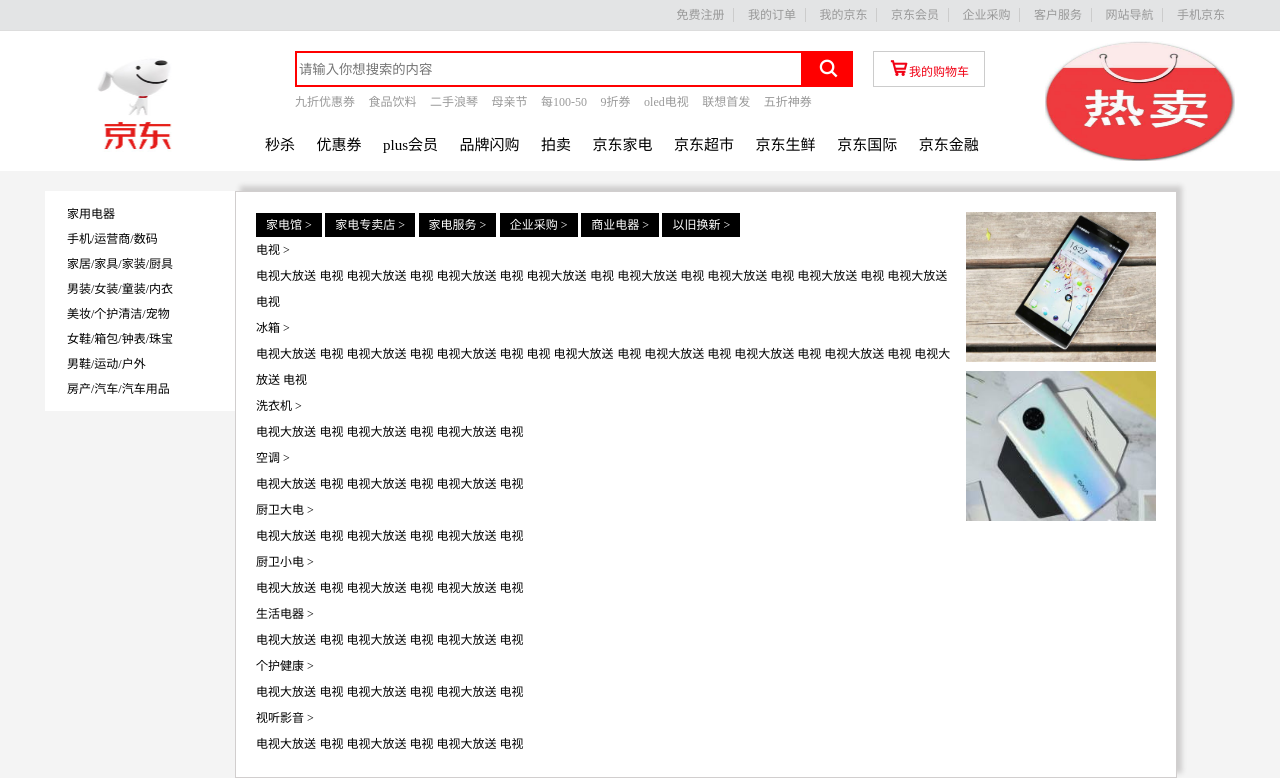
Repository: zhenzhen-gong/JDdemo
Page: index.html
These files come from the project's save history. The page is drawn as it stood at one moment and after the next save; the edit follows.
The browser window is 1280 px wide. The pictures show the whole page.

Above is the page before, as saved 2020-05-11 14:24:09.

### index.html
<!DOCTYPE html>
<html lang="en">

<head>
    <meta charset="UTF-8">
    <meta name="viewport" content="width=device-width, initial-scale=1.0">
    <link rel="stylesheet" href="css/reset.css">
    <link rel="stylesheet" href="css/common.css">
    <link rel="stylesheet" href="css/index.css">
    <title>京东首页</title>
</head>

<body>
    <div class="container">
        <div class="navigation">
            <div class="nav-box">
                <ul>
                    <li><a href="#">免费注册</a></li>
                    <li><a href="#">我的订单</a></li>
                    <li><a href="#">我的京东</a></li>
                    <li><a href="#">京东会员</a></li>
                    <li><a href="#">企业采购</a></li>
                    <li><a href="#">客户服务</a></li>
                    <li><a href="#">网站导航</a></li>
                    <li><a href="#">手机京东</a></li>
                </ul>
            </div>
        </div>
        <div class="header-box">
            <div class="header">
                <div class="logo-box">
                    <a href="//www.jd.com" target="_blank">
                        <img width="190" height="120" src="img/logo.png" alt="logo">
                    </a>
                </div>
                <div class="search-box">
                    <div class="search-bar">
                        <input type="text" placeholder="请输入你想搜索的内容">
                        <div class="ico-search"><a href="#"><span class="iconfont ico1">&#xe63c;</span></a></div>
                        <div class="ico-cart"><a href=""><span class="iconfont ico2">&#xe63b;</span>我的购物车</a></div>
                    </div>
                    <ul class="content">
                        <li><a href="#" target="_blank"> 九折优惠券</a></li>
                        <li><a href="#" target="_blank"> 食品饮料</a></li>
                        <li><a href="#" target="_blank"> 二手浪琴</a></li>
                        <li><a href="#" target="_blank"> 母亲节</a></li>
                        <li><a href="#" target="_blank"> 每100-50</a></li>
                        <li><a href="#" target="_blank"> 9折券</a></li>
                        <li><a href="#" target="_blank"> oled电视</a></li>
                        <li><a href="#" target="_blank"> 联想首发</a></li>
                        <li><a href="#" target="_blank"> 五折神券</a></li>
                    </ul>
                    <ul class="content-menu">
                        <li><a href="#" target="_blank"> 秒杀</a></li>
                        <li><a href="#" target="_blank"> 优惠券</a></li>
                        <li><a href="#" target="_blank">plus会员</a></li>
                        <li><a href="#" target="_blank"> 品牌闪购</a></li>
                        <li><a href="#" target="_blank"> 拍卖</a></li>
                        <li><a href="#" target="_blank"> 京东家电</a></li>
                        <li><a href="#" target="_blank"> 京东超市</a></li>
                        <li><a href="#" target="_blank"> 京东生鲜</a></li>
                        <li><a href="#" target="_blank"> 京东国际</a></li>
                        <li><a href="#" target="_blank"> 京东金融</a></li>
                    </ul>
                </div>
                <div class="ad-box">
                    <a href="#" target="_blank">
                        <img height="120px" width="190px" src="img/ad.jpg" alt="ad-img">
                    </a>
                </div>
            </div>
        </div>
        <div class="wrapper">
            <div class="wrapper-box">
                <div class="menu">
                    <ul>
                        <li class="title-1">
                            <div class="main-menu">
                                <a href="#" target="_blank">家用电器</a>
                            </div>
                            <div class="menucontent">
                                <div class="left">
                                    <div class="content-title">
                                        <a href="#" target="_blank">家电馆 &gt;</a>
                                        <a href="#" target="_blank">家电专卖店 &gt;</a>
                                        <a href="#" target="_blank">家电服务 &gt;</a>
                                        <a href="#" target="_blank">企业采购 &gt;</a>
                                        <a href="#" target="_blank">商业电器 &gt;</a>
                                        <a href="#" target="_blank">以旧换新 &gt;</a>
                                    </div>
                                    <div class="content">
                                        <dl>
                                            <dt><a href="#" target="_blank">电视 &gt;</a></dt>
                                            <dd>
                                                <a href="#" target="_blank">电视大放送</a>
                                                <a href="#" target="_blank">电视 </a>
                                                <a href="#" target="_blank">电视大放送 </a>
                                                <a href="#" target="_blank">电视 </a>
                                                <a href="#" target="_blank">电视大放送 </a>
                                                <a href="#" target="_blank">电视 </a>
                                                <a href="#" target="_blank">电视大放送</a>
                                                <a href="#" target="_blank">电视 </a>
                                                <a href="#" target="_blank">电视大放送 </a>
                                                <a href="#" target="_blank">电视 </a>
                                                <a href="#" target="_blank">电视大放送 </a>
                                                <a href="#" target="_blank">电视 </a>
                                                <a href="#" target="_blank">电视大放送 </a>
                                                <a href="#" target="_blank">电视 </a>
                                                <a href="#" target="_blank">电视大放送 </a>
                                                <a href="#" target="_blank">电视 </a>
                                            </dd>
                                        </dl>
                                        <dl>
                                            <dt><a href="#" target="_blank">冰箱 &gt;</a></dt>
                                            <dd>
                                                <a href="#" target="_blank">电视大放送</a>
                                                <a href="#" target="_blank">电视 </a>
                                                <a href="#" target="_blank">电视大放送 </a>
                                                <a href="#" target="_blank">电视 </a>
                                                <a href="#" target="_blank">电视大放送 </a>
                                                <a href="#" target="_blank">电视 </a>
                                                <a href="#" target="_blank">电视 </a>
                                                <a href="#" target="_blank">电视大放送</a>
                                                <a href="#" target="_blank">电视 </a>
                                                <a href="#" target="_blank">电视大放送 </a>
                                                <a href="#" target="_blank">电视 </a>
                                                <a href="#" target="_blank">电视大放送 </a>
                                                <a href="#" target="_blank">电视 </a>
                                                <a href="#" target="_blank">电视大放送 </a>
                                                <a href="#" target="_blank">电视 </a>
                                                <a href="#" target="_blank">电视大放送 </a>
                                                <a href="#" target="_blank">电视 </a>
                                            </dd>
                                        </dl>
                                        <dl>
                                            <dt><a href="#" target="_blank">洗衣机 &gt;</a></dt>
                                            <dd>
                                                <a href="#" target="_blank">电视大放送</a>
                                                <a href="#" target="_blank">电视 </a>
                                                <a href="#" target="_blank">电视大放送 </a>
                                                <a href="#" target="_blank">电视 </a>
                                                <a href="#" target="_blank">电视大放送 </a>
                                                <a href="#" target="_blank">电视 </a>
                                            </dd>
                                        </dl>
                                        <dl>
                                            <dt><a href="#" target="_blank">空调 &gt;</a></dt>
                                            <dd>
                                                <a href="#" target="_blank">电视大放送</a>
                                                <a href="#" target="_blank">电视 </a>
                                                <a href="#" target="_blank">电视大放送 </a>
                                                <a href="#" target="_blank">电视 </a>
                                                <a href="#" target="_blank">电视大放送 </a>
                                                <a href="#" target="_blank">电视 </a>
                                            </dd>
                                        </dl>
                                        <dl>
                                            <dt><a href="#" target="_blank">厨卫大电 &gt;</a></dt>
                                            <dd>
                                                <a href="#" target="_blank">电视大放送</a>
                                                <a href="#" target="_blank">电视 </a>
                                                <a href="#" target="_blank">电视大放送 </a>
                                                <a href="#" target="_blank">电视 </a>
                                                <a href="#" target="_blank">电视大放送 </a>
                                                <a href="#" target="_blank">电视 </a>
                                            </dd>
                                        </dl>
                                        <dl>
                                            <dt><a href="#" target="_blank">厨卫小电 &gt;</a></dt>
                                            <dd>
                                                <a href="#" target="_blank">电视大放送</a>
                                                <a href="#" target="_blank">电视 </a>
                                                <a href="#" target="_blank">电视大放送 </a>
                                                <a href="#" target="_blank">电视 </a>
                                                <a href="#" target="_blank">电视大放送 </a>
                                                <a href="#" target="_blank">电视 </a>
                                            </dd>
                                        </dl>
                                        <dl>
                                            <dt><a href="#" target="_blank">生活电器 &gt;</a></dt>
                                            <dd>
                                                <a href="#" target="_blank">电视大放送</a>
                                                <a href="#" target="_blank">电视 </a>
                                                <a href="#" target="_blank">电视大放送 </a>
                                                <a href="#" target="_blank">电视 </a>
                                                <a href="#" target="_blank">电视大放送 </a>
                                                <a href="#" target="_blank">电视 </a>
                                            </dd>
                                        </dl>
                                        <dl>
                                            <dt><a href="#" target="_blank">个护健康 &gt;</a></dt>
                                            <dd>
                                                <a href="#" target="_blank">电视大放送</a>
                                                <a href="#" target="_blank">电视 </a>
                                                <a href="#" target="_blank">电视大放送 </a>
                                                <a href="#" target="_blank">电视 </a>
                                                <a href="#" target="_blank">电视大放送 </a>
                                                <a href="#" target="_blank">电视 </a>
                                            </dd>
                                        </dl>
                                        <dl>
                                            <dt><a href="#" target="_blank">视听影音 &gt;</a></dt>
                                            <dd>
                                                <a href="#" target="_blank">电视大放送</a>
                                                <a href="#" target="_blank">电视 </a>
                                                <a href="#" target="_blank">电视大放送 </a>
                                                <a href="#" target="_blank">电视 </a>
                                                <a href="#" target="_blank">电视大放送 </a>
                                                <a href="#" target="_blank">电视 </a>
                                            </dd>
                                        </dl>
                                    </div>
                                </div>
                                <div class="right">
                                    <div>
                                        <a href="#" target="_blank">
                                            <img width="190px" height="150px" src="img/ad-1.jpg" alt="ad-img">
                                        </a>
                                    </div>
                                    <div>
                                        <a href="#" target="_blank">
                                            <img width="190px" height="150px" src="img/ad-2.jpg" alt="ad-img">
                                        </a>
                                    </div>
                                </div>
                            </div>
                        </li>
                        <li><a href="#" target="_blank">手机/运营商/数码</a></li>
                        <li><a href="#" target="_blank">家居/家具/家装/厨具</a></li>
                        <li><a href="#" target="_blank">男装/女装/童装/内衣</a></li>
                        <li><a href="#" target="_blank">美妆/个护清洁/宠物</a></li>
                        <li><a href="#" target="_blank">女鞋/箱包/钟表/珠宝</a></li>
                        <li><a href="#" target="_blank">男鞋/运动/户外</a></li>
                        <li><a href="#" target="_blank">房产/汽车/汽车用品</a></li>
                    </ul>
                </div>
                <div class="slider"></div>
                <div class="ad-box"></div>
                <div class="info-box"></div>
            </div>
            <div class="wrapper-box">

            </div>
        </div>
    </div>
    </div>
</body>

</html>

### css/reset.css
html,body,ul,li{
    margin: 0px;
    padding: 0px;
}

### css/index.css
.navigation{
    height: 30px;
    background: #e3e4e5;
    border-bottom: 1px solid #dddddd;
}
.nav-box{
    text-align: right;
    width: 1190px;
    margin: 0px auto;
}
.navigation ul li{
    display: inline-block;
    padding: 0px 10px;
    font-size: 12px;
    height: 30px;
    line-height: 30px;
    position: relative;
}
.navigation ul li a{
    text-decoration: none;
    color: #999999;
}
.navigation ul li a:hover{
    color: #f10215;
}
.navigation ul li:not(:last-child):after{
    content: '';
    width: 1px;
    height: 14px;
    background-color: #cccccc;
    position: absolute;
    right: 0px;
    top: 8px;
    display: block;
}
.header-box{
    background-color: #fff;
}
.header-box .header{
    width: 1190px;
    height: 120px;
    margin: 0px auto;
    padding: 10px 0px;
    display: flex
}
.header-box .header .logo-box{
    width: 190px;
    height: 120px;
}
.search-box{
    width: 790px;
    padding: 0px 10px;
}
.search-box .search-bar{
    padding: 10px 50px 0px 50px;
    display: flex;
}
.search-box input{
    width: 500px;
    height: 30px;
    border: 2px solid red;
    outline: none;
}
.ico-search{
    width: 50px;
    height: 36px;
    background-color: red;
    line-height: 36px;
    text-align: center;
}
.ico-search .ico1{
    font-size: 22px;
    font-weight: bold;
    color: #ffffff;
}
.ico-cart{
    margin-left:20px;
    border: 1px solid #cccccc;
    height: 34px;
    line-height: 34px;
    text-align: center;
}
.ico-cart a{
    color: #f10215;
    margin: 0px 15px;
}
.ico-cart .ico2{
    display: inline-block;
    color: #f10215;
    font-size: 20px;
    font-weight: bold;
}
.search-box .content{
    padding: 5px 50px 20px 50px;
}
.search-box .content li{
    display: inline-block;
    padding-right: 10px;
}
.search-box .content li a{
    color: #999999;
}
.search-box .content li a:hover{
    color: red;
}
.search-box .content-menu{
    margin-left: 20px;
}
.search-box .content-menu li{
    display: inline-block;
    padding-right: 18px;
}
.search-box .content-menu li a{
    font-size: 15px;
    height: 30px;
    line-height: 30px;
}
.wrapper .wrapper-box{
    width: 1190px;
    margin: 10px auto;
    display: flex;
    padding: 10px;
}
.wrapper .wrapper-box .menu{
    width: 190px;
    background-color: #fff;
    padding: 10px;
    margin-right: 10px;
    position: relative;
}
.wrapper .wrapper-box .menu ul li{
    height: 25px;
    line-height: 25px;
    padding: 0px 12px;
    overflow: hidden;
}
.wrapper .wrapper-box .menu ul li:hover{
    background-color: #999999;
}
.wrapper .wrapper-box .menu ul li .menucontent{
    position: absolute;
    left: 190px;
    top: 0;
    width: 900px;
    background-color: #fff;
    z-index: 10;
    border: 1px solid #d1cece;
    box-shadow: 5px -5px 5px #cecdcd;
    padding: 20px;
}
.menucontent .left{
    width: 700px;
    float: left;
}
.menucontent .left .content-title a{
    background-color: black;
    color: white;
    height: 20px;
    line-height: 2px;
    padding: 5px 10px;
}
.menucontent .right{
    float: right;
}



/* .wrapper .wrapper-box .menu ul li{
    padding:5px 0px;
}
.wrapper .wrapper-box .menu ul li:hover{
    background-color: #999999;
} */
/* .wrapper .wrapper-box .menu ul li:hover .menucontent{
    display: block;
}
.wrapper .wrapper-box .menu ul li a{
    font-size: 14px;
}
.menucontent{
    background-color: #ffffff;
    border: 1px solid #d1cece;
    box-shadow: 5px -5px 5px #cecdcd;
    z-index: 10;
    width: 800px;
    display: none;
}

.menucontent .menucontent-box{
    margin: 20px;
}
.menucontent .content-title ul li{
    display: inline-block;
    background-color: black;
    margin: 0px 10px 10px 0px;
}
.menucontent .content-title ul li:hover{
    background-color: rgb(214, 10, 10);
}
.menucontent .content-title ul li a{
    color: white;
    padding: 8px;
    height: 22px;
    line-height: 22px;
}
.menucontent .content{
    width: 790px;
    display: flex;
}
.menucontent .content .content-text{
    margin-right: 10px;
}
.menucontent .content-text dl{
    display: flex;
    width: 560px;
    margin-bottom: 5px;
}
.menucontent .content-text dl dt{
    width: 60px;
    text-align: right;
    flex-shrink: 0;
    font-weight: bold;
    white-space: nowrap;
    margin-right: 20px;
}
.menucontent .content-text dl dd a{
   padding: 0px 8px;
   white-space: nowrap;
}
.content-img{
    float: right;
}
.content-img div{
    margin-bottom: 10px;
 }
 .content-img div:last-child{
    margin-bottom: 0px;
 } */ */

Loaded but not shown: css/common.css (45 lines, source omitted)

After the next save:
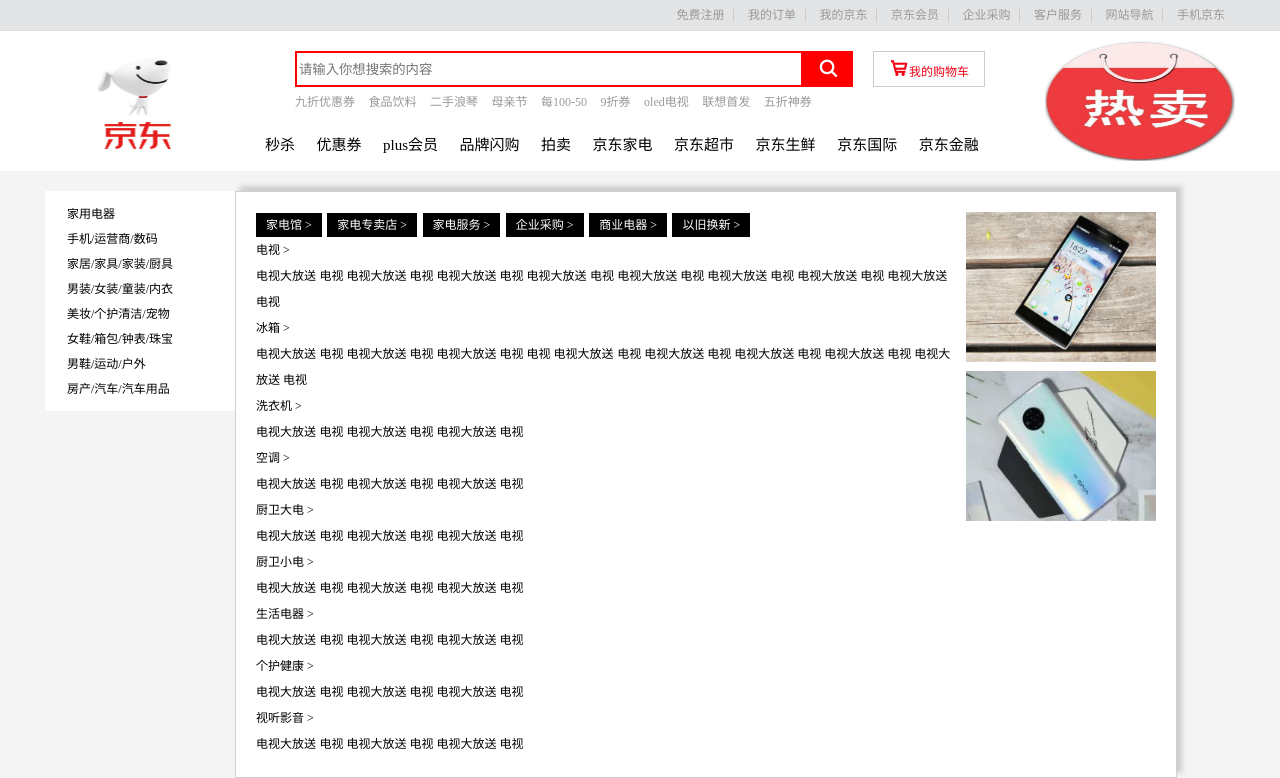
Saved 36 s later.
--- a/css/index.css
+++ b/css/index.css
@@ -158,6 +158,7 @@
     height: 20px;
     line-height: 2px;
     padding: 5px 10px;
+    margin-right: 2px;
 }
 .menucontent .right{
     float: right;

After the save that followed:
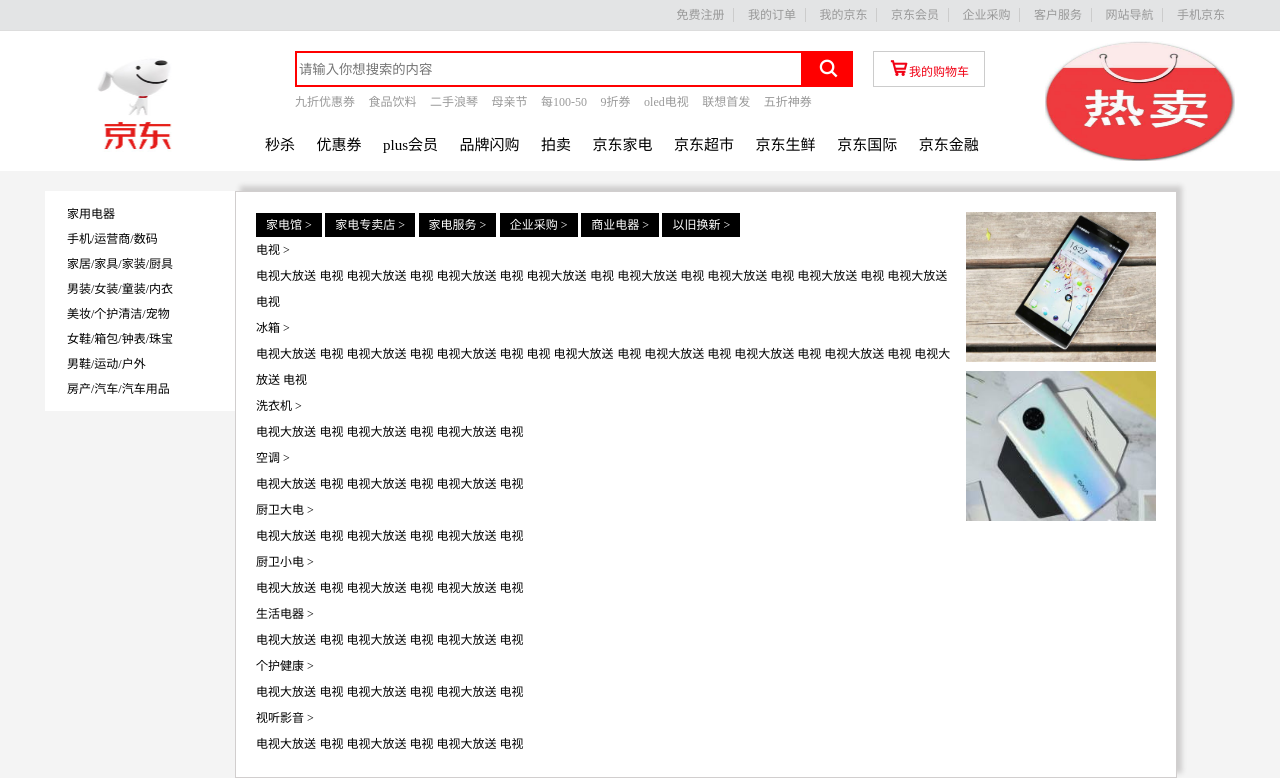
Saved 9 s later.
--- a/css/index.css
+++ b/css/index.css
@@ -158,7 +158,6 @@
     height: 20px;
     line-height: 2px;
     padding: 5px 10px;
-    margin-right: 2px;
 }
 .menucontent .right{
     float: right;
